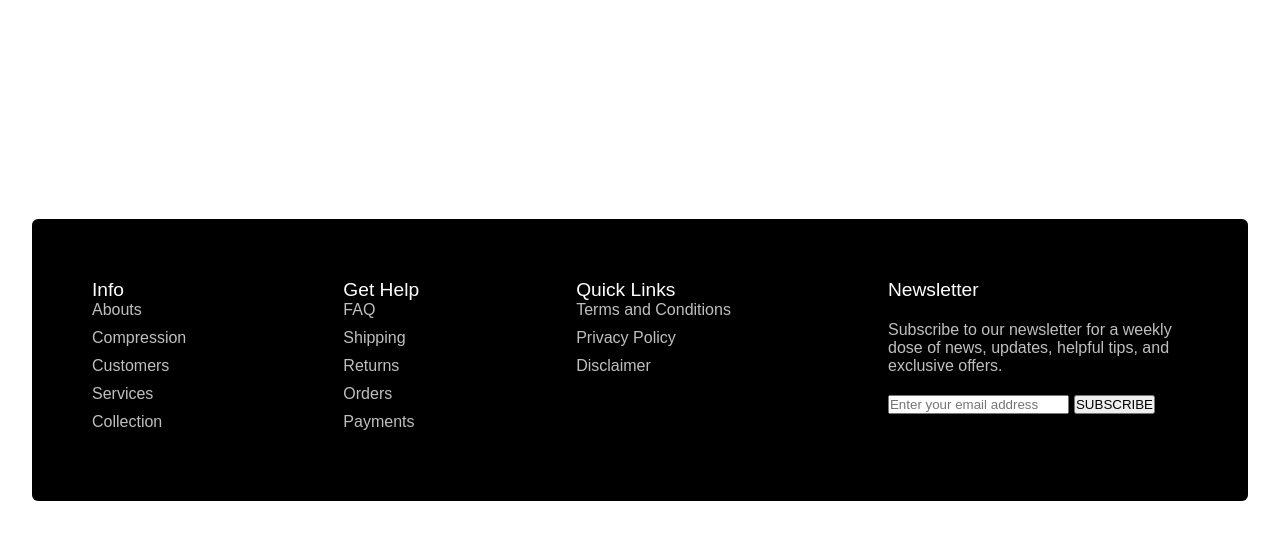
Repository: syni18/responsive_footer
Page: index.html
These files come from the project's save history. The page is drawn as it stood at one moment and after a run of saves; the edit follows.
The browser window is 1280 px wide. The pictures show the whole page.
Some web libraries are served in a nearby version.

Above is the page before, as saved 2023-11-03 17:19:07.

### index.html
<!DOCTYPE html>
<html lang="en">
<head>
    <meta charset="UTF-8">
    <meta name="viewport" content="width=device-width, initial-scale=1.0">
    <link rel="stylesheet" href="https://cdnjs.cloudflare.com/ajax/libs/font-awesome/6.4.2/css/all.in.css">
    <link rel="stylesheet" href="style.css">
    <title>Responsive footer</title>
</head>
<body>
    <section class="footer">
        <div class="footer-row">
            <div class="footer-col">
                <h4>Info</h4>
                <ul class="links">
                    <li><a href="#">Abouts</a></li>
                    <li><a href="#">Compression</a></li>
                    <li><a href="#">Customers</a></li>
                    <li><a href="#">Services</a></li>
                    <li><a href="#">Collection</a></li>
                </ul>
            </div>

            <div class="footer-col">
                <h4>Get Help</h4>
                <ul class="links">
                    <li><a href="#">FAQ</a></li>
                    <li><a href="#">Shipping</a></li>
                    <li><a href="#">Returns</a></li>
                    <li><a href="#">Orders</a></li>
                    <li><a href="#">Payments</a></li>
                </ul>
            </div>

            <div class="footer-col">
                <h4>Quick Links</h4>
                <ul class="links">
                    <li><a href="#">Terms and Conditions</a></li>
                    <li><a href="#">Privacy Policy</a></li>
                    <li><a href="#">Disclaimer</a></li>
                </ul>
            </div>

            <div class="footer-col">
                <h4>Newsletter</h4>
                <p>
                    Subscribe to our newsletter for a weekly dose of news, updates, helpful tips, and exclusive offers.
                </p>
                <form action="#">
                    <input type="email" name="email" id="email" placeholder="Enter your email address">
                    <button type="submit">SUBSCRIBE</button>
                </form>
                <div class="icons">
                    <i class="fa-brands fa-facebook"></i>
                    <i class="fa-brands fa-twitter"></i>
                    <i class="fa-brands fa-instagram"></i>
                    <i class="fa-brands fa-youtube"></i>
                </div>
            </div>
        </div>
    </section>
</body>
</html>

### style.css
*{
    margin: 0;
    padding: 0;
    box-sizing: border-box;
    font-family: sans-serif;
}
.footer{
    position: absolute;
    top: 50%;
    left: 50%;
    transform: translate(-50%, -50%);
    max-width: 1280px;
    width: 95%;
    background: #000;
    border-radius: 6px;
}
.footer .footer-row{
    display: flex;
    flex-wrap: wrap;
    justify-content: space-between;
    gap: 3.5rem;
    padding: 60px;
}
.footer-row .footer-col h4 {
    color: #fff;
    font-size: 1.2rem;
    font-weight: 400;
}
.footer-col .links li{
    list-style: none;
    margin-bottom: 10px;
}
.footer-col .links li a {
    text-decoration: none;
    color: #bfbfbf;
}
.footer-col .links li a:hover{
    color: #fff;
}
.footer-col p {
    margin: 20px 0;
    color: #bfbfbf;
    max-width: 300px;
}
.footer-col form{
    display: flex;
    gap: 5px;
}
.footer-col input{
    h
}

After the next 6 saves:
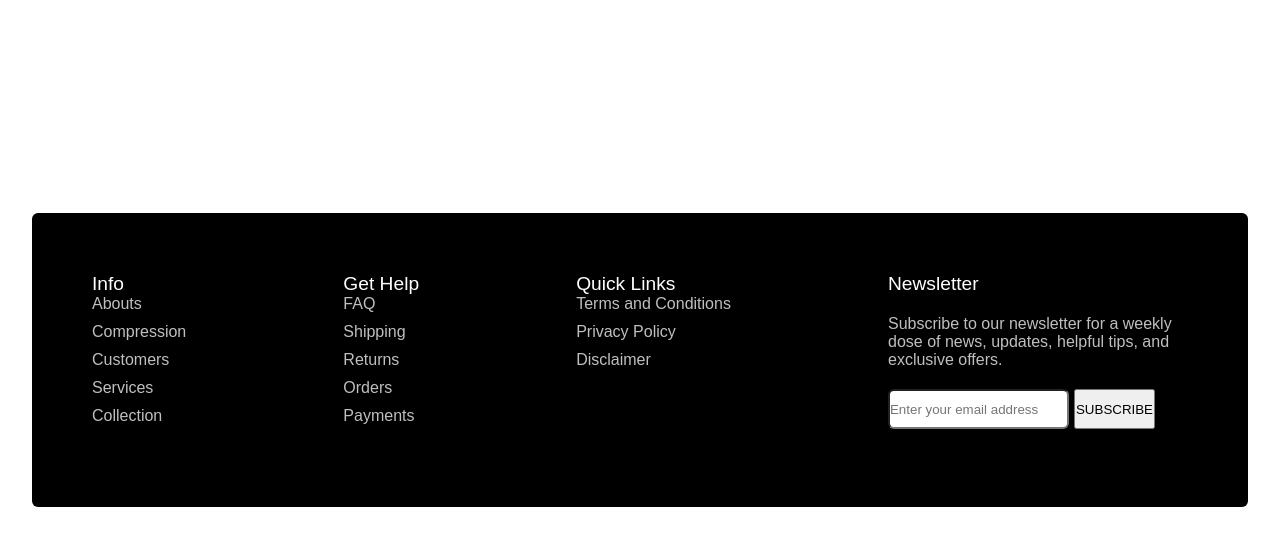
The 6 saves are shown as one change because they came seconds apart.
The last was saved 15 s later.
--- a/style.css
+++ b/style.css
@@ -47,5 +47,7 @@
     gap: 5px;
 }
 .footer-col input{
-    h
+    height: 40px;
+    border-radius: 6px;
+    bg
 }
